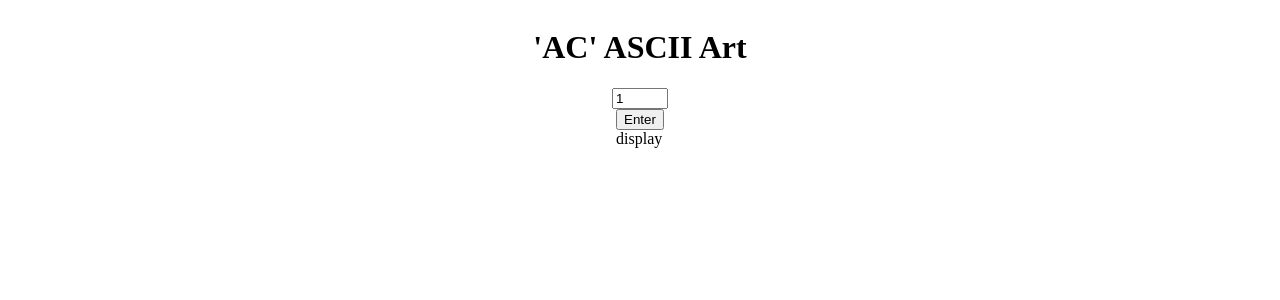
Repository: Achorn/ascii-art
Page: index.html
An editor plug-in stored every save of this project. The page is shown before and after a run of saves, followed by the edit.
The browser window is 1280 px wide. The pictures show the whole page.

Above is the page before, as saved 2021-08-08 13:43:53.

After the next 2 saves:
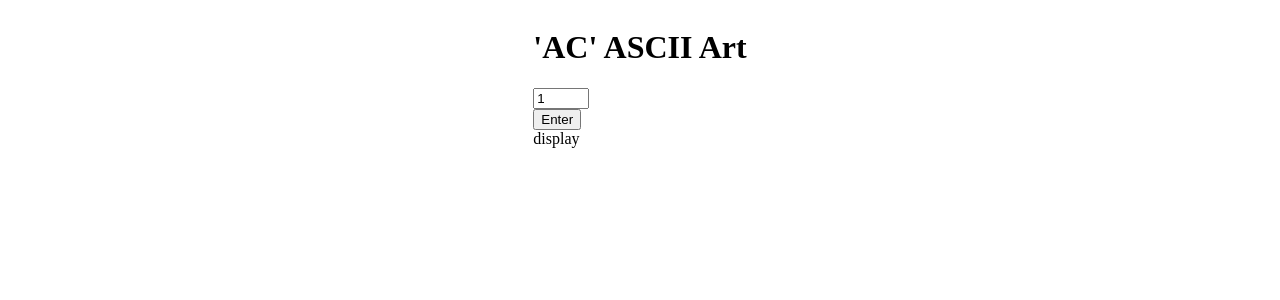
The 2 saves are shown as one change because they came seconds apart.
The last was saved 33 s later.
--- a/index.html
+++ b/index.html
@@ -8,11 +8,13 @@
     <title>Document</title>
   </head>
   <body>
-    <h1>'AC' ASCII Art</h1>
-    <input type="number" min="1" value="1" max="10" />
-    <div>
-      <button>Enter</button>
-      <div>display</div>
-    </div>
+    <form>
+      <h1>'AC' ASCII Art</h1>
+      <input type="number" min="1" value="1" max="10" />
+      <div>
+        <button>Enter</button>
+        <div>display</div>
+      </div>
+    </form>
   </body>
 </html>
